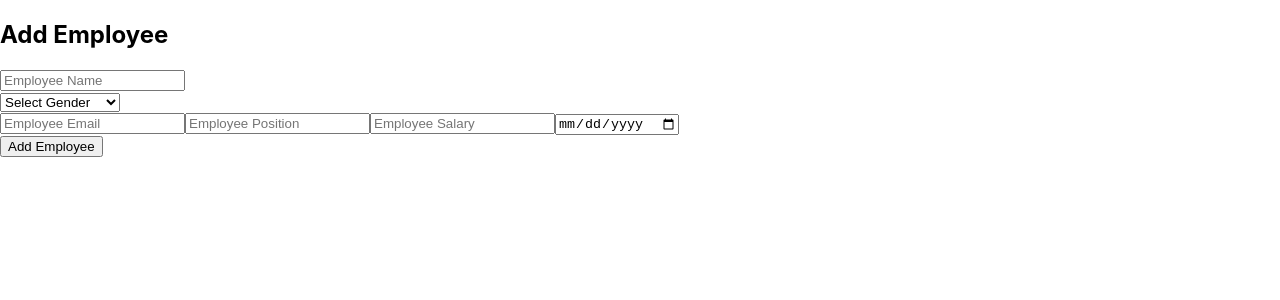
Repository: AfifaNoor/CRUD
Page: /add-employee
The author's editor kept a copy of each file at every save. The page is drawn from the files as they stood at one save, then again after the next save.
The browser window is 1280 px wide. The pictures show the whole page.
The project was rebuilt for these pictures with package versions that can differ from the ones it lists, and the page was loaded fresh each time. Also part of the build but not shown: src/AdminPage.css, src/AdminPage.jsx, src/DashBoard.jsx.

Above is the page before, as saved 2025-06-12 15:42:29.

### src/App.js
import AdminPage from "./AdminPage"
import Router from "./Router";
import { RouterProvider } from "react-router-dom";
function App() {
  return (
    <>
      <RouterProvider router={Router} />
    </>
  );
}

export default App;

### src/Router.jsx
import React from 'react'
import { createBrowserRouter, createRoutesFromElements, Route } from 'react-router-dom'
import Dashboard from './DashBoard'
import AdminPage from './AdminPage'
import AddEmployee from './AddEmployee';


const Router =createBrowserRouter (
    createRoutesFromElements(
        <>
            <Route path="/dashboard" element= {<Dashboard/>}/>
            <Route path="/" element={<AdminPage/>} />
            <Route path='/add-employee' element={<AddEmployee/>} />

        </>

));



export default Router;

### src/AddEmployee.jsx
import React from 'react'
import { useState } from 'react';

const AddEmployee = () => {
    const [formData, setFormData] = useState({
    name: '',
    email: '',
    position: '',
    salary: '',
    joiningDate: '',
    gender: '',
  });

  const handleSubmit = (e) =>{
    e.preventDefault();
    console.log("submit", handleSubmit)
  }

  const handleChange =(e) =>{
    // e.target.value(setFormData)
    console.log(e.target.value)
  }




  return (
    <div className='add-employee-page'>
      <h2>Add Employee</h2>
      <form>
        <input type='text' placeholder='Employee Name' value={formData.name} className='form-input' onChange={handleChange}  required />
        <div className='dropdown' >
          <select className='form-input' value={formData.gender}  onChange={handleChange} required>
            <option value="" disabled selected>Select Gender</option>
            <option value="male">Male</option>
            <option value="Female">Female</option>
            <option value="other">Other</option>
            <option value="prefer not to say">Prefer not to say</option>
          </select>
        </div>
        <input type='email' placeholder='Employee Email' value={formData.email} className='form-input' onChange={handleChange}  required />
        <input type='text' placeholder='Employee Position' value={formData.position} className='form-input' onChange={handleChange}  required />
        <input type='number' placeholder='Employee Salary'  value ={ formData.salary} className='form-input' onChange={handleChange}  required />
        <input type='date' placeholder='Date of Joining'  value={formData.joiningDate} className='form-input'  onChange={handleChange}required />

        <div className="form-button">
          <button type="submit" onClick={handleSubmit}>Add Employee</button>
        </div>
      </form>

    </div>
  )
}

export default AddEmployee

Loaded but not shown: public/index.html (common file); src/index.js (common file); src/index.css (common file); src/reportWebVitals.js (common file)

After the next save:
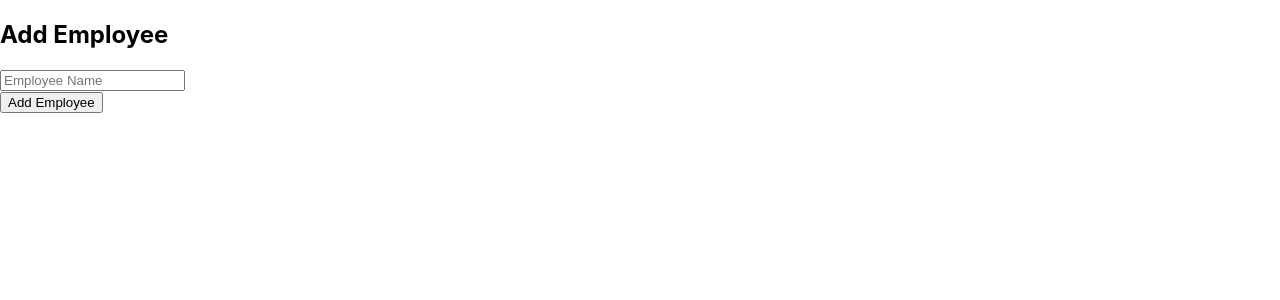
Saved 77 s later.
--- a/src/AddEmployee.jsx
+++ b/src/AddEmployee.jsx
@@ -29,7 +29,7 @@
       <h2>Add Employee</h2>
       <form>
         <input type='text' placeholder='Employee Name' value={formData.name} className='form-input' onChange={handleChange}  required />
-        <div className='dropdown' >
+        {/* <div className='dropdown' >
           <select className='form-input' value={formData.gender}  onChange={handleChange} required>
             <option value="" disabled selected>Select Gender</option>
             <option value="male">Male</option>
@@ -42,7 +42,7 @@
         <input type='text' placeholder='Employee Position' value={formData.position} className='form-input' onChange={handleChange}  required />
         <input type='number' placeholder='Employee Salary'  value ={ formData.salary} className='form-input' onChange={handleChange}  required />
         <input type='date' placeholder='Date of Joining'  value={formData.joiningDate} className='form-input'  onChange={handleChange}required />
-
+         */}
         <div className="form-button">
           <button type="submit" onClick={handleSubmit}>Add Employee</button>
         </div>

After the save that followed:
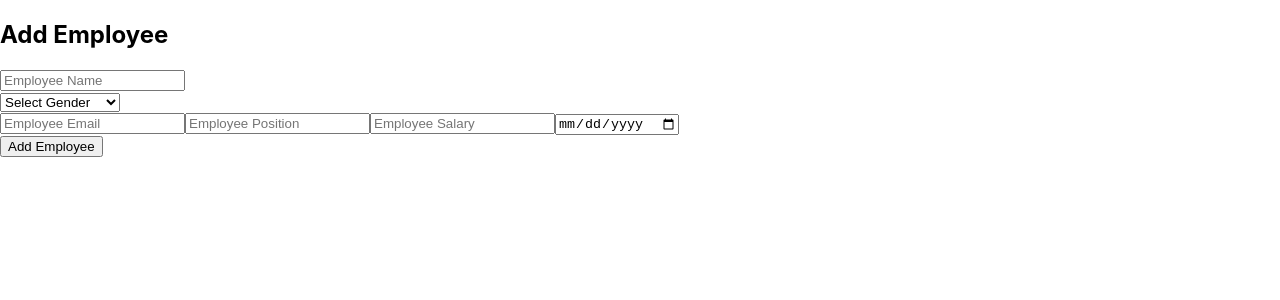
Saved 37 s later.
--- a/src/AddEmployee.jsx
+++ b/src/AddEmployee.jsx
@@ -27,9 +27,9 @@
   return (
     <div className='add-employee-page'>
       <h2>Add Employee</h2>
-      <form>
+      <form onSubmit={handleSubmit}>
         <input type='text' placeholder='Employee Name' value={formData.name} className='form-input' onChange={handleChange}  required />
-        {/* <div className='dropdown' >
+        <div className='dropdown' >
           <select className='form-input' value={formData.gender}  onChange={handleChange} required>
             <option value="" disabled selected>Select Gender</option>
             <option value="male">Male</option>
@@ -42,7 +42,7 @@
         <input type='text' placeholder='Employee Position' value={formData.position} className='form-input' onChange={handleChange}  required />
         <input type='number' placeholder='Employee Salary'  value ={ formData.salary} className='form-input' onChange={handleChange}  required />
         <input type='date' placeholder='Date of Joining'  value={formData.joiningDate} className='form-input'  onChange={handleChange}required />
-         */}
+
         <div className="form-button">
           <button type="submit" onClick={handleSubmit}>Add Employee</button>
         </div>
